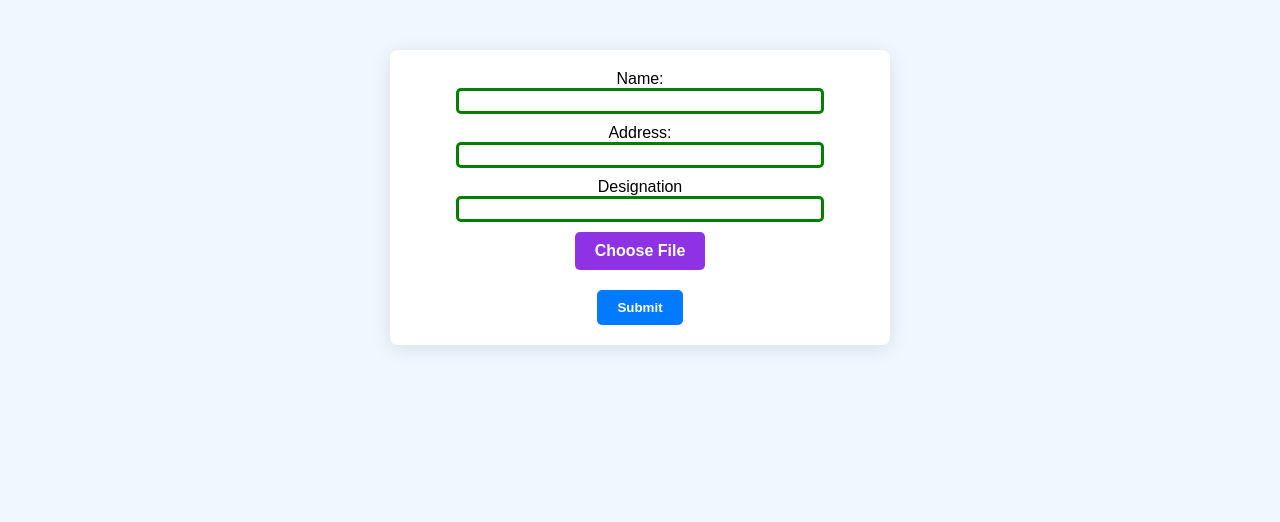
Repository: Muskan1Kumari4draw/React-app-with-concept
Page: /
The author's editor kept a copy of each file at every save. The page is drawn from the files as they stood at one save, then again after the next save.
The browser window is 1280 px wide. The pictures show the whole page.
Pictures or frames that could not be fetched are drawn as grey boxes. The project was rebuilt for these pictures with package versions that can differ from the ones it lists, and the page was loaded fresh each time.

Above is the page before, as saved 2024-10-22 12:00:37.

After the next save:
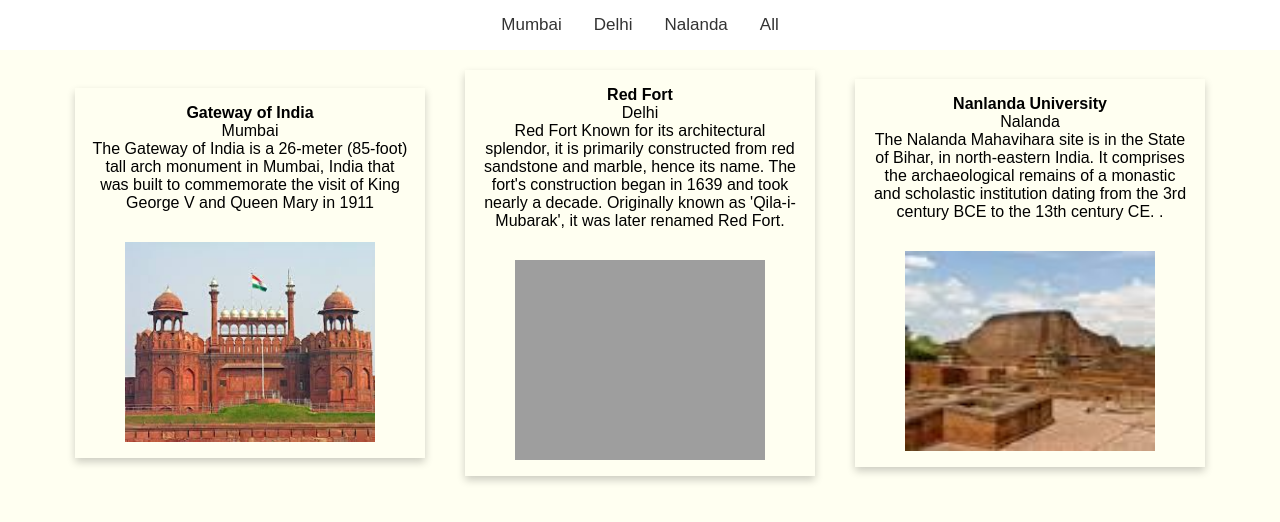
Saved 3 days later.
--- a/src/App.js
+++ b/src/App.js
@@ -3,14 +3,14 @@ import React from "react";
 
 // import UseState from "./component/Hooke/useState";
 // import UseEffect from "./component/Hooke/UseEffect";
-import FileUpload from "./component/File-upload/FileUpload";
-// import Restaurant from "./component/Basic/Restaurant";
+// import FileUpload from "./component/File-upload/FileUpload";
+import Restaurant from "./component/Basic/Restaurant";
 // import Navbar from "./component/Basic/Navbar";
 const App = () => {
   return (
     <>
-      <FileUpload />
-      {/* <Restaurant /> */}
+      {/* <FileUpload /> */}
+      <Restaurant />
       {/* <UseState className="Use" /> */}
       {/* <UseEffect className="Use" /> */}
     </>
